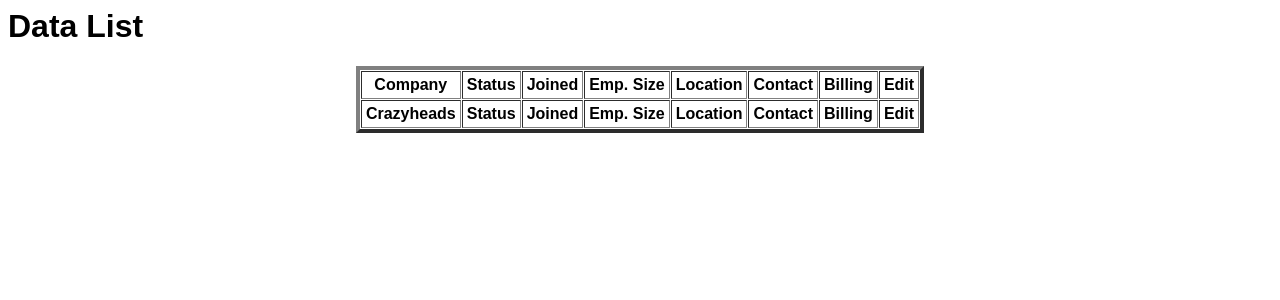
Repository: AdityaTech-Pro/FullStackWithBridgelabz
Page: Assignment2/Data_List/index.html
These files come from the project's save history. The page is drawn as it stood at one moment and after a run of saves; the edit follows.
The browser window is 1280 px wide. The pictures show the whole page.

Above is the page before, as saved 2025-10-15 09:26:16.

After the next 4 saves:
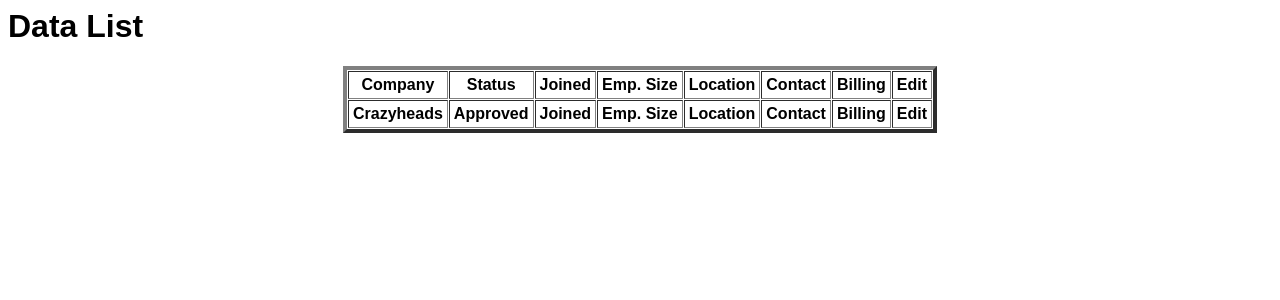
The 4 saves are shown as one change because they came seconds apart.
The last was saved 20 s later.
--- a/Assignment2/Data_List/index.html
+++ b/Assignment2/Data_List/index.html
@@ -32,7 +32,7 @@
 
         <tr>
             <th>Crazyheads</th>
-            <th>Status</th>
+            <th>Approved</th>
             <th>Joined</th>
             <th>Emp. Size</th>
             <th>Location</th>
